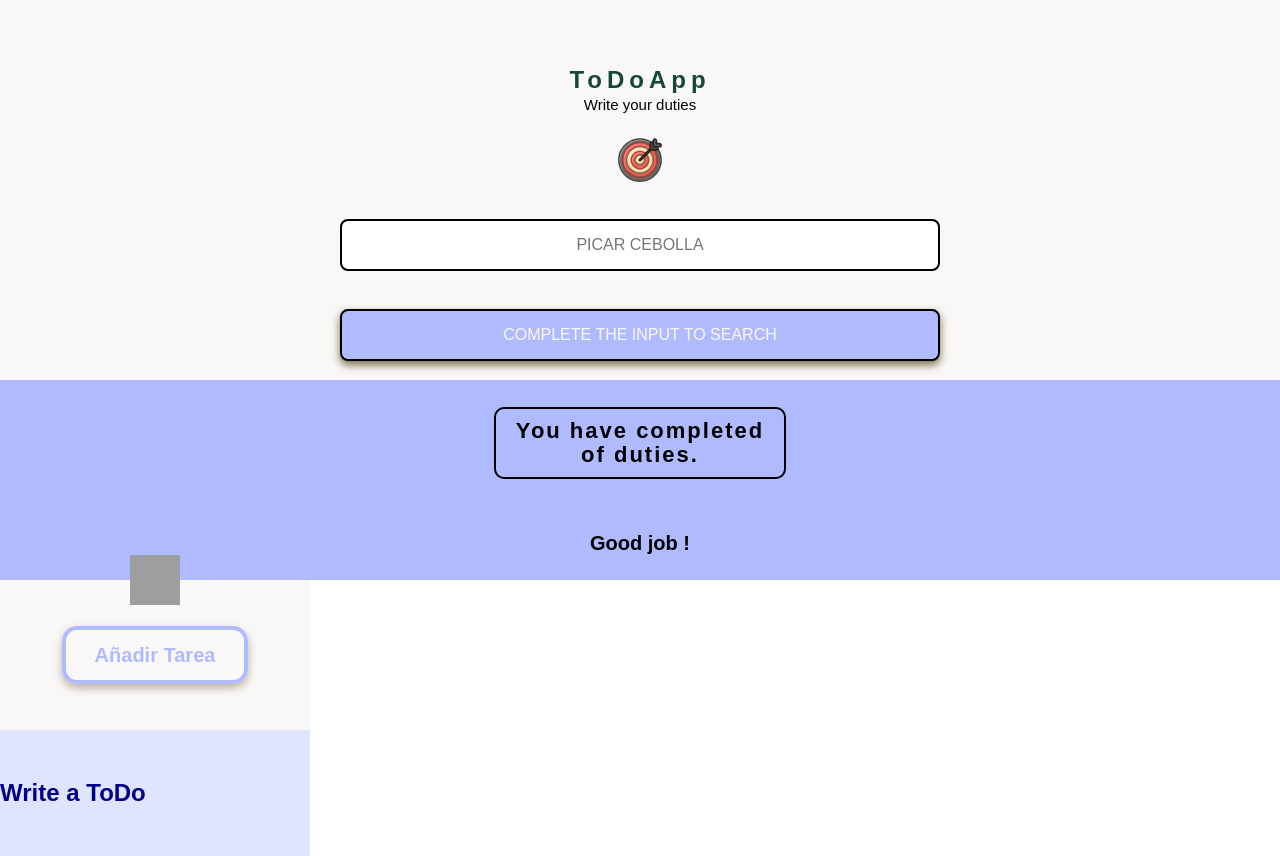
Repository: ChristianGecchelin/to-do-app
Page: /
An editor plug-in stored every save of this project. The page is shown before and after the next save, followed by the edit.
The browser window is 1280 px wide. The pictures show the whole page.
Pictures or frames that could not be fetched are drawn as grey boxes. The project was rebuilt for these pictures with package versions that can differ from the ones it lists, and the page was loaded fresh each time. Also part of the build but not shown: src/ToDoItem.js, src/Modal/Modal.css, src/Modal/index.js, src/TodoForm/TodoForm.css, src/TodoForm/index.js.

Above is the page before, as saved 2022-01-17 14:31:17.

After the next save:
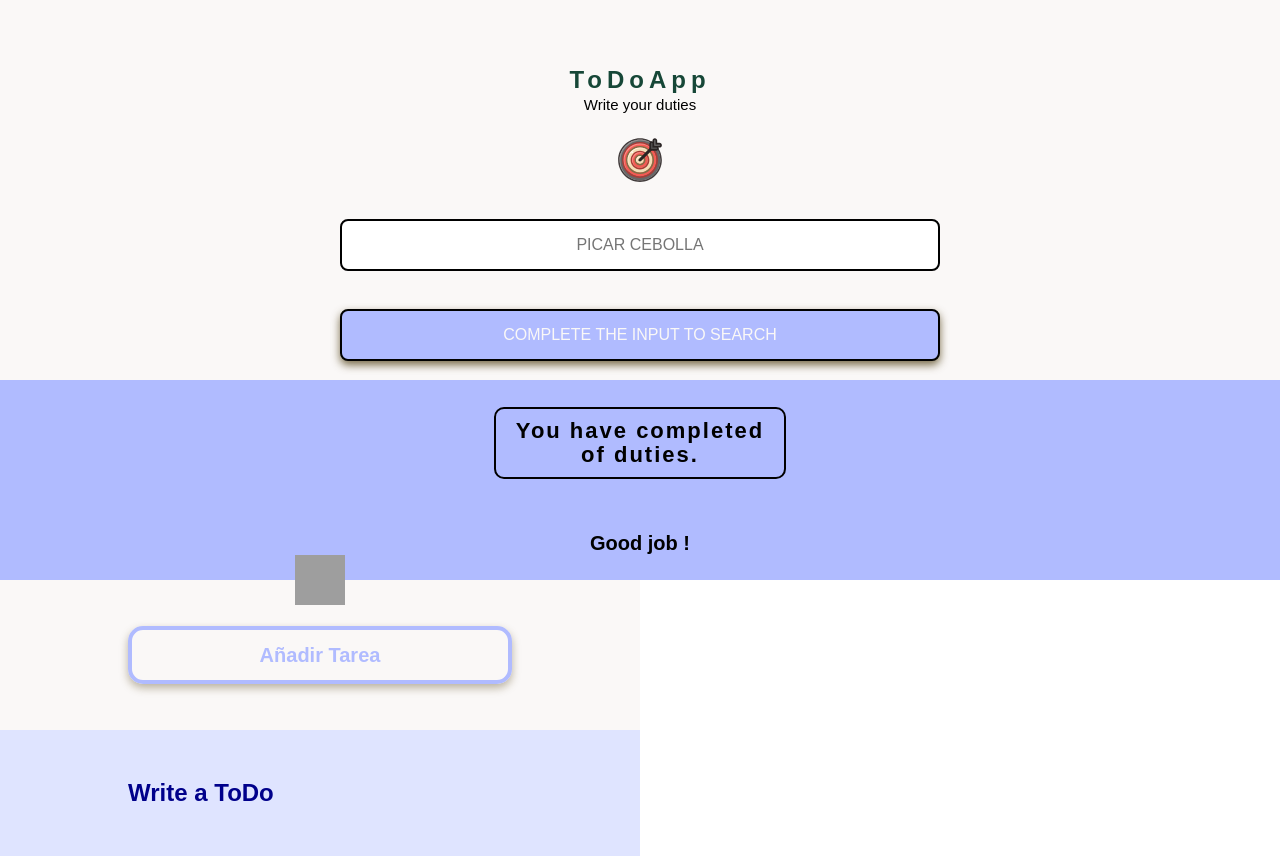
Saved 75 s later.
--- a/src/App/AppUI.css
+++ b/src/App/AppUI.css
@@ -18,3 +18,14 @@
   background-color: #fff;
   justify-content: space-between;
 }
+.view-todo-container {
+  display: flex;
+  flex-direction: column;
+  justify-content: center;
+  width: 100%;
+}
+@media (min-width: 1000px) {
+  .view-todo-container {
+    width: 50%;
+  }
+}
